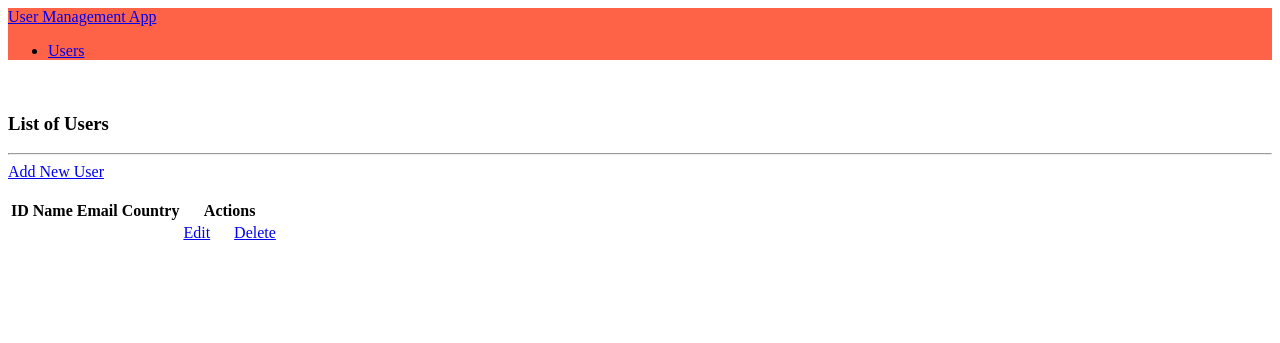
Repository: youssefeddib/ManagSport
Page: http://localhost/Application_du_gestion/
These files come from the project's save history. The page is drawn as it stood at one moment and after the next save; the edit follows.
The browser window is 1280 px wide. The pictures show the whole page.
The page is served by Tomcat 9. Other server files are loaded and not shown.

Above is the page before, as saved 2025-02-12 16:49:01.

### Application du gestion/src/main/webapp/index.jsp
<!DOCTYPE html>
<html>
<head>
<meta charset="UTF-8">
<title>Applicatin gestion de stock</title>
</head>
<body>
<header>
                <nav class="navbar navbar-expand-md navbar-dark" style="background-color: tomato">
                    <div>
                        <a href="https://www.javaguides.net" class="navbar-brand"> User
     Management App </a>
                    </div>

                    <ul class="navbar-nav">
                        <li><a href="<%=request.getContextPath()%>/list" class="nav-link">Users</a></li>
                    </ul>
                </nav>
            </header>
            <br>

            <div class="row">
                <!-- <div class="alert alert-success" *ngIf='message'>{{message}}</div> -->

                <div class="container">
                    <h3 class="text-center">List of Users</h3>
                    <hr>
                    <div class="container text-left">

                        <a href="<%=request.getContextPath()%>/new" class="btn btn-success">Add
     New User</a>
                    </div>
                    <br>
                    <table class="table table-bordered">
                        <thead>
                            <tr>
                                <th>ID</th>
                                <th>Name</th>
                                <th>Email</th>
                                <th>Country</th>
                                <th>Actions</th>
                            </tr>
                        </thead>
                        <tbody>
                            <!--   for (Todo todo: todos) {  -->
                            <c:forEach var="user" items="${listUser}">

                                <tr>
                                    <td>
                                        <c:out value="${user.id}" />
                                    </td>
                                    <td>
                                        <c:out value="${user.name}" />
                                    </td>
                                    <td>
                                        <c:out value="${user.email}" />
                                    </td>
                                    <td>
                                        <c:out value="${user.country}" />
                                    </td>
                                    <td><a href="edit?id=<c:out value='${user.id}' />">Edit</a> &nbsp;&nbsp;&nbsp;&nbsp; <a href="delete?id=<c:out value='${user.id}' />">Delete</a></td>
                                </tr>
                            </c:forEach>
                            <!-- } -->
                        </tbody>

                    </table>
                </div>
            </div>
</body>
</html>

After the next save:
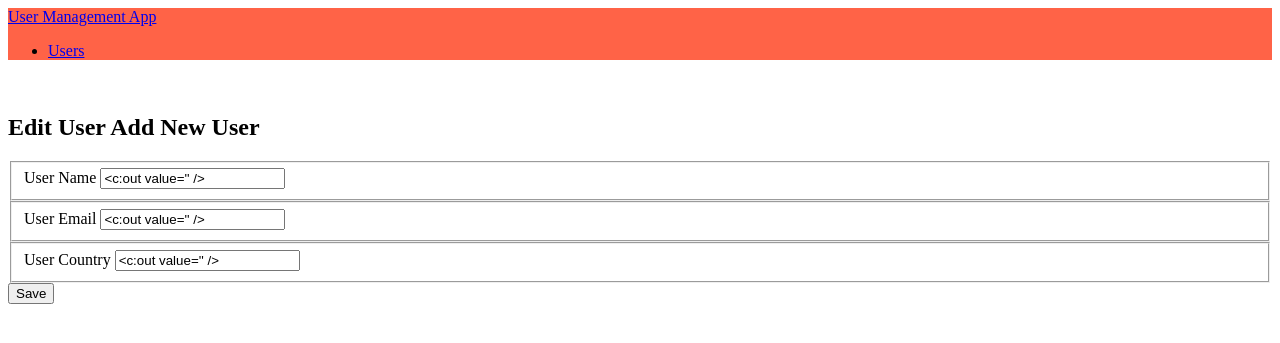
Saved 17 h 43 min later.
--- a/Application du gestion/src/main/webapp/index.jsp
+++ b/Application du gestion/src/main/webapp/index.jsp
@@ -3,13 +3,13 @@
 <head>
 <meta charset="UTF-8">
 <title>Applicatin gestion de stock</title>
+<link href="">
 </head>
 <body>
 <header>
                 <nav class="navbar navbar-expand-md navbar-dark" style="background-color: tomato">
                     <div>
-                        <a href="https://www.javaguides.net" class="navbar-brand"> User
-     Management App </a>
+                        <a href="https://www.javaguides.net" class="navbar-brand"> User Management App </a>
                     </div>
 
                     <ul class="navbar-nav">
@@ -18,53 +18,46 @@
                 </nav>
             </header>
             <br>
+            <div class="container col-md-5">
+                <div class="card">
+                    <div class="card-body">
+                        <c:if test="${user != null}">
+                            <form action="update" method="post">
+                        </c:if>
+                        <c:if test="${user == null}">
+                            <form action="insert" method="post">
+                        </c:if>
 
-            <div class="row">
-                <!-- <div class="alert alert-success" *ngIf='message'>{{message}}</div> -->
+                        <caption>
+                            <h2>
+                                <c:if test="${user != null}">
+                                    Edit User
+                                </c:if>
+                                <c:if test="${user == null}">
+                                    Add New User
+                                </c:if>
+                            </h2>
+                        </caption>
 
-                <div class="container">
-                    <h3 class="text-center">List of Users</h3>
-                    <hr>
-                    <div class="container text-left">
+                        <c:if test="${user != null}">
+                            <input type="hidden" name="id" value="<c:out value='${user.id}' />" />
+                        </c:if>
 
-                        <a href="<%=request.getContextPath()%>/new" class="btn btn-success">Add
-     New User</a>
+                        <fieldset class="form-group">
+                            <label>User Name</label> <input type="text" value="<c:out value='${user.name}' />" class="form-control" name="name" required="required">
+                        </fieldset>
+
+                        <fieldset class="form-group">
+                            <label>User Email</label> <input type="text" value="<c:out value='${user.email}' />" class="form-control" name="email">
+                        </fieldset>
+
+                        <fieldset class="form-group">
+                            <label>User Country</label> <input type="text" value="<c:out value='${user.country}' />" class="form-control" name="country">
+                        </fieldset>
+
+                        <button type="submit" class="btn btn-success">Save</button>
+                        </form>
                     </div>
-                    <br>
-                    <table class="table table-bordered">
-                        <thead>
-                            <tr>
-                                <th>ID</th>
-                                <th>Name</th>
-                                <th>Email</th>
-                                <th>Country</th>
-                                <th>Actions</th>
-                            </tr>
-                        </thead>
-                        <tbody>
-                            <!--   for (Todo todo: todos) {  -->
-                            <c:forEach var="user" items="${listUser}">
-
-                                <tr>
-                                    <td>
-                                        <c:out value="${user.id}" />
-                                    </td>
-                                    <td>
-                                        <c:out value="${user.name}" />
-                                    </td>
-                                    <td>
-                                        <c:out value="${user.email}" />
-                                    </td>
-                                    <td>
-                                        <c:out value="${user.country}" />
-                                    </td>
-                                    <td><a href="edit?id=<c:out value='${user.id}' />">Edit</a> &nbsp;&nbsp;&nbsp;&nbsp; <a href="delete?id=<c:out value='${user.id}' />">Delete</a></td>
-                                </tr>
-                            </c:forEach>
-                            <!-- } -->
-                        </tbody>
-
-                    </table>
                 </div>
             </div>
 </body>
